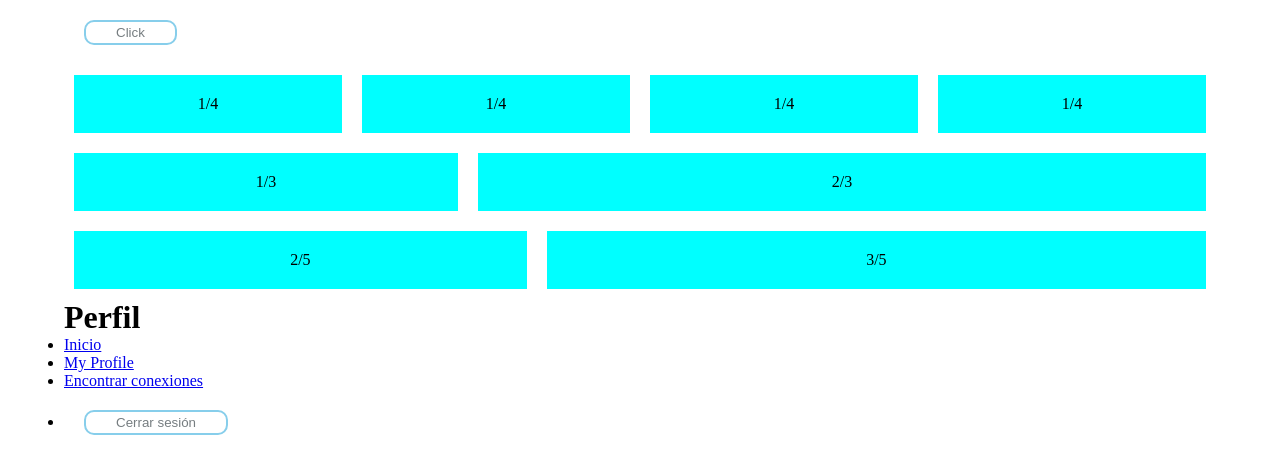
Repository: Fredy452/202306_css
Page: Opcional/Css_Library/index.html
The author's editor kept a copy of each file at every save. The page is drawn from the files as they stood at one save, then again after the next save.
The browser window is 1280 px wide. The pictures show the whole page.

Above is the page before, as saved 2023-06-23 13:10:04.

After the next save:
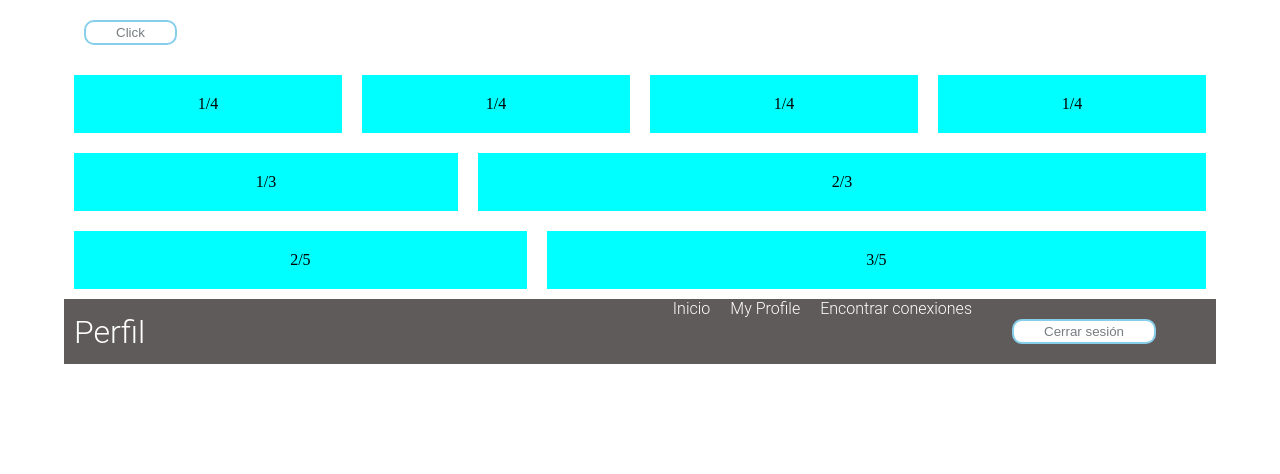
Saved 60 s later.
--- a/Opcional/Css_Library/css/dojo.css
+++ b/Opcional/Css_Library/css/dojo.css
@@ -51,3 +51,31 @@
     flex: 3;
     text-align: center;
 }
+/* Navbar */
+.nav{
+    display: flex;
+    align-items:center;
+    justify-content: space-between;
+    /* width: 900px; */
+    margin: 0 auto;
+    background-color:#5f5b5b;
+    font-family: 'Roboto', sans-serif;
+}
+h1{
+    color:white;
+    margin: 0;
+    margin-left: 10px;
+    font-weight: 300;
+}
+ul{
+    display: flex;
+}
+ul, li{
+    list-style: none;
+    margin-right: 20px;
+}
+ul,li, a{
+    text-decoration: none;
+    color: white;
+    font-weight: 300;
+}
